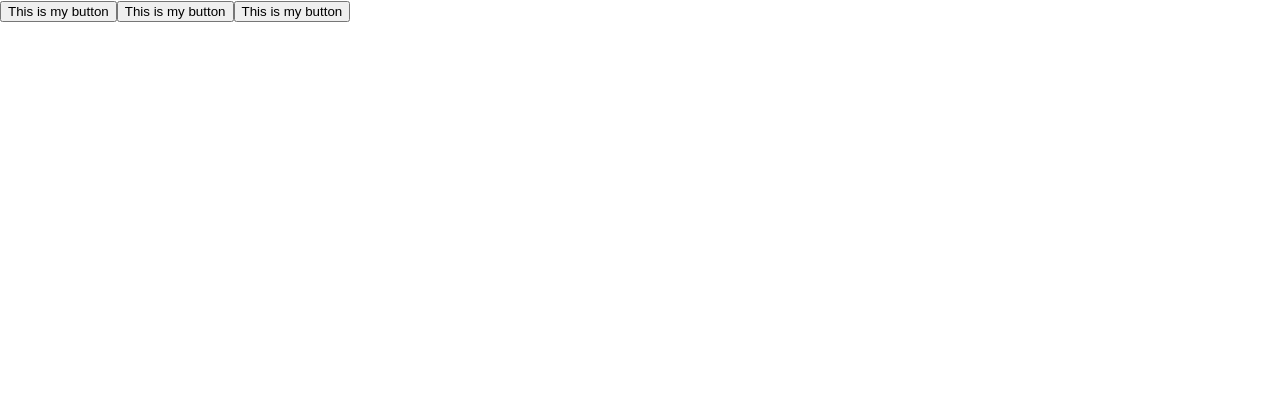
Repository: ZahirA1i/form-using-next
Page: /
An editor plug-in stored every save of this project. The page is shown before and after the next save, followed by the edit.
The browser window is 1280 px wide. The pictures show the whole page.
The project was rebuilt for these pictures with package versions that can differ from the ones it lists, and the page was loaded fresh each time. The framework's server and built-in components were replaced by stand-ins that run in the browser. Also part of the build but not shown: next.config.js, styles/Home.module.css.

Above is the page before, as saved 2022-09-14 12:55:00.

### pages/index.js
import Head from 'next/head'
import Image from 'next/image'
import styles from '../styles/Home.module.css'

import ButtonArea from '../Componets'

export default function Home() {
  return (
    <div>
      <ButtonArea/>
      <ButtonArea/>
      <ButtonArea/>
    </div>
  )
}

### Componets/index.js
import React from "React";

function ButtonArea() {
    return <button>This is my button</button>
}

export default ButtonArea;

### styles/globals.js
import styled from 'styled-components';

export const FlexCont = styled.div`
display:flex;
justify-content: center;
align-items: center;
background-color:${props => props.color || "inherit"};
padding: 10px;
height 10px;

`

export const Wrapper = styled(FlexCont)`
width: 100w;
height: 100vh;
background: #FFFDFA;

`

Loaded but not shown: pages/_app.js (common file); styles/globals.css (common file)

After the next save:
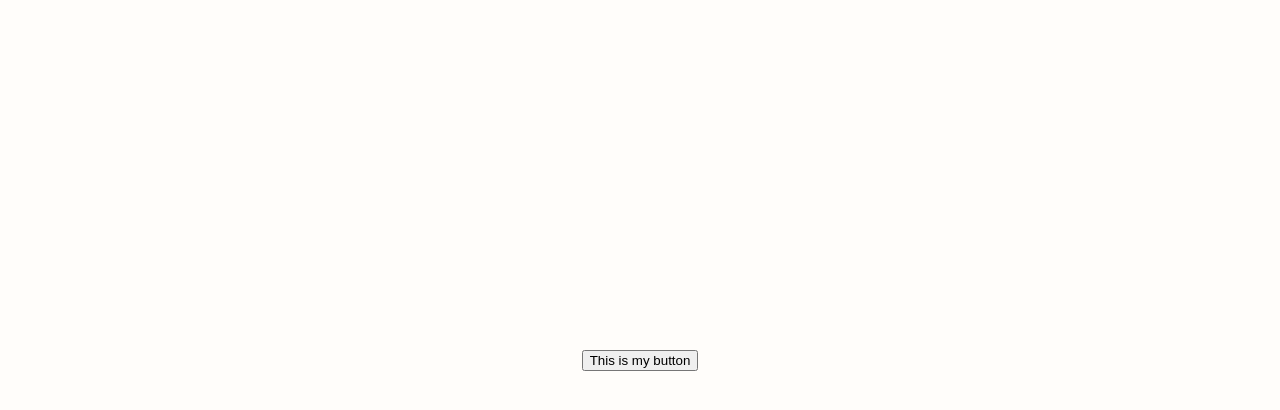
Saved 3 min 5 s later.
--- a/pages/index.js
+++ b/pages/index.js
@@ -3,13 +3,16 @@ import Image from 'next/image'
 import styles from '../styles/Home.module.css'
 
 import ButtonArea from '../Componets'
+import { FlexCont, Wrapper } from '../styles/globals'
 
 export default function Home() {
   return (
-    <div>
-      <ButtonArea/>
-      <ButtonArea/>
-      <ButtonArea/>
-    </div>
+    <Wrapper>
+      <FlexCont>
+      <ButtonArea name="Zahir"/>
+      </FlexCont>
+
+
+    </Wrapper>
   )
 }
